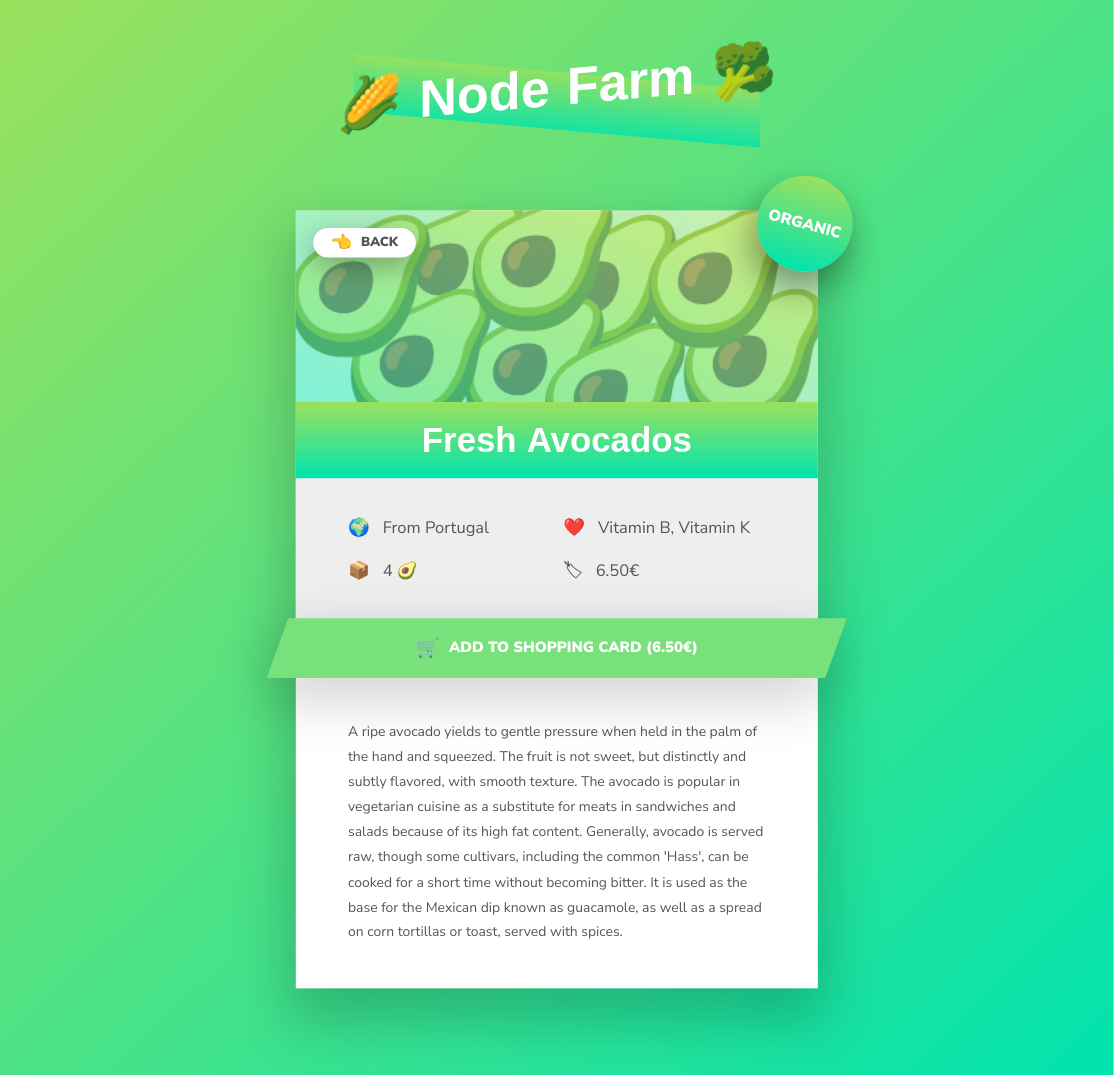
Repository: Lithium87/JavaScriptExcercises
Page: node-farm/templates/products.html
The author's editor kept a copy of each file at every save. The page is drawn from the files as they stood at one save, then again after the next save.
The browser window is 1280 px wide. The pictures show the whole page, at 87% of full size.
Some web fonts or font styles are not loaded; a fallback is used.

Above is the page before, as saved 2020-05-23 19:21:10.

After the next save:
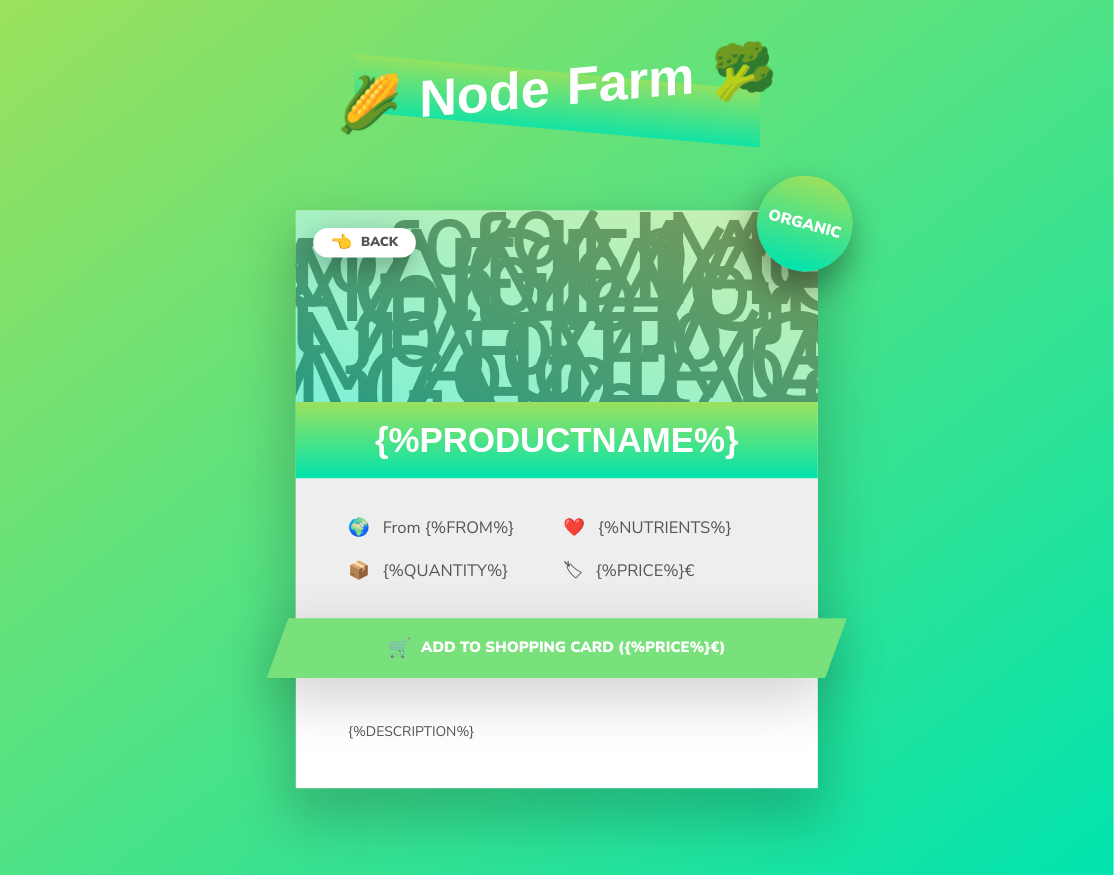
Saved 15 min 15 s later.
--- a/node-farm/templates/products.html
+++ b/node-farm/templates/products.html
@@ -8,7 +8,7 @@
     <link href="https://fonts.googleapis.com/css?family=Megrim|Nunito+Sans:400,900" rel="stylesheet" />
     <link rel="icon" href="https://emojipedia-us.s3.dualstack.us-west-1.amazonaws.com/thumbs/240/apple/155/ear-of-maize_1f33d.png" />
 
-    <title>Fresh Avocados 🥑 /// NODE FARM</title>
+    <title>{%PRODUCTNAME%} {%IMAGE%} /// NODE FARM</title>
 
     <style>
         *,
@@ -265,40 +265,38 @@
         <h1>🌽 Node Farm 🥦</h1>
 
         <figure class="product">
-            <div class="product__organic">
+            <div class="product__organic {%NOT-ORGANIC%}">
                 <h5>Organic</h5>
             </div>
             <a href="#" class="product__back">
                 <span class="emoji-left">👈</span>Back
             </a>
             <div class="product__hero">
-                <span class="product__emoji product__emoji--1">🥑</span>
-                <span class="product__emoji product__emoji--2">🥑</span>
-                <span class="product__emoji product__emoji--3">🥑</span>
-                <span class="product__emoji product__emoji--4">🥑</span>
-                <span class="product__emoji product__emoji--5">🥑</span>
-                <span class="product__emoji product__emoji--6">🥑</span>
-                <span class="product__emoji product__emoji--7">🥑</span>
-                <span class="product__emoji product__emoji--8">🥑</span>
-                <span class="product__emoji product__emoji--9">🥑</span>
+                <span class="product__emoji product__emoji--1">{%IMAGE%}</span>
+                <span class="product__emoji product__emoji--2">{%IMAGE%}</span>
+                <span class="product__emoji product__emoji--3">{%IMAGE%}</span>
+                <span class="product__emoji product__emoji--4">{%IMAGE%}</span>
+                <span class="product__emoji product__emoji--5">{%IMAGE%}</span>
+                <span class="product__emoji product__emoji--6">{%IMAGE%}</span>
+                <span class="product__emoji product__emoji--7">{%IMAGE%}</span>
+                <span class="product__emoji product__emoji--8">{%IMAGE%}</span>
+                <span class="product__emoji product__emoji--9">{%IMAGE%}</span>
             </div>
-            <h2 class="product__name">Fresh Avocados</h2>
+            <h2 class="product__name">{%PRODUCTNAME%}</h2>
             <div class="product__details">
-                <p><span class="emoji-left">🌍</span> From Portugal</p>
-                <p><span class="emoji-left">❤️</span> Vitamin B, Vitamin K</p>
-                <p><span class="emoji-left">📦</span> 4 🥑</p>
-                <p><span class="emoji-left">🏷</span> 6.50€</p>
+                <p><span class="emoji-left">🌍</span> From {%FROM%}</p>
+                <p><span class="emoji-left">❤️</span> {%NUTRIENTS%}</p>
+                <p><span class="emoji-left">📦</span> {%QUANTITY%}</p>
+                <p><span class="emoji-left">🏷</span> {%PRICE%}€</p>
             </div>
 
             <a href="#" class="product__link">
                 <span class="emoji-left">🛒</span>
-                <span>Add to shopping card (6.50€)</span>
+                <span>Add to shopping card ({%PRICE%}€)</span>
             </a>
 
             <p class="product__description">
-                A ripe avocado yields to gentle pressure when held in the palm of the hand and squeezed. The fruit is not sweet, but distinctly and subtly flavored, with smooth texture. The avocado is popular in vegetarian cuisine as a substitute for meats in sandwiches
-                and salads because of its high fat content. Generally, avocado is served raw, though some cultivars, including the common 'Hass', can be cooked for a short time without becoming bitter. It is used as the base for the Mexican dip known
-                as guacamole, as well as a spread on corn tortillas or toast, served with spices.
+                {%DESCRIPTION%}
             </p>
         </figure>
 
